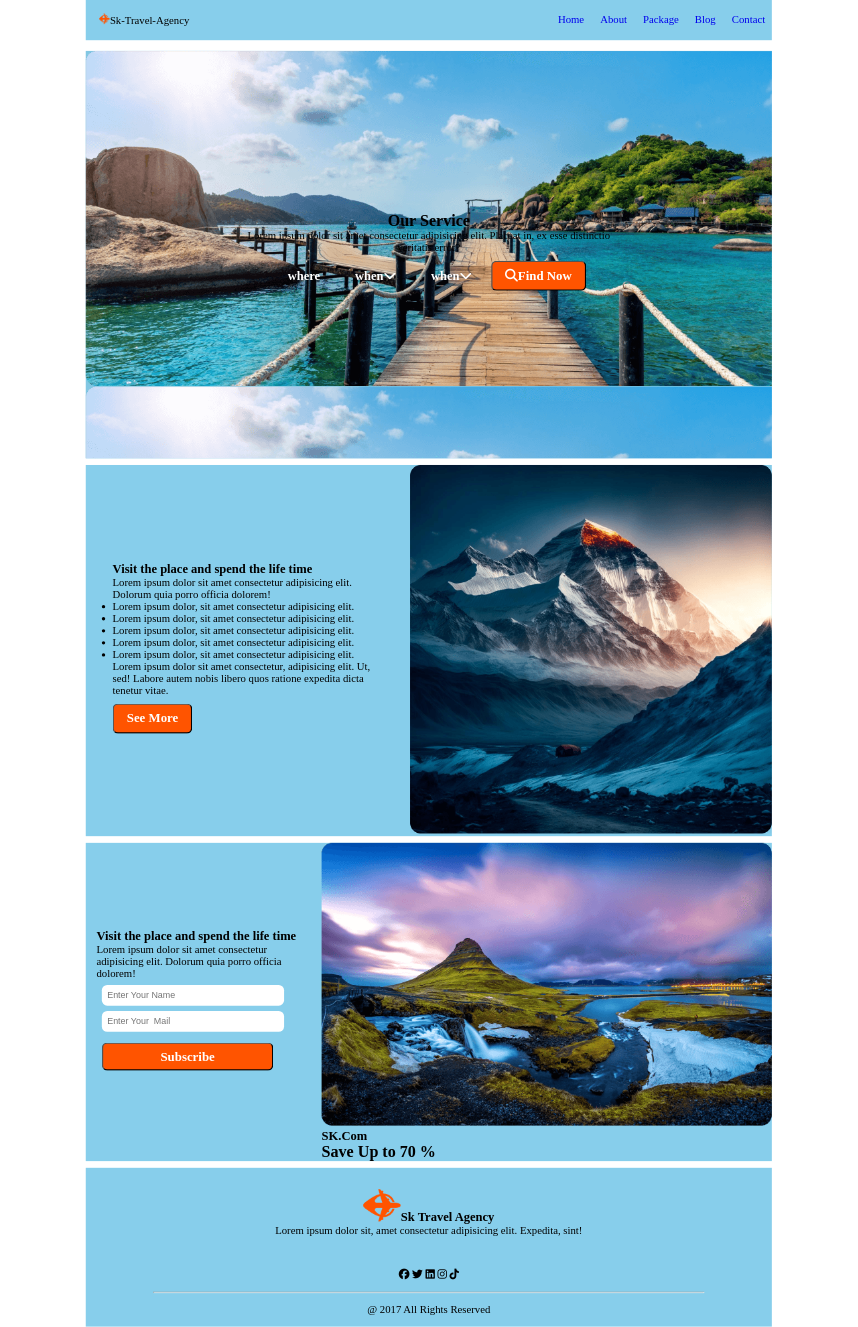
Repository: sumonkumarsarkar/Sk-Travel-Agency-
Page: index.html
The author's editor kept a copy of each file at every save. The page is drawn from the files as they stood at one save, then again after the next save.
The browser window is 1280 px wide. The pictures show the whole page, at 67% of full size.

Above is the page before, as saved 2024-01-17 06:39:22.

After the next save:
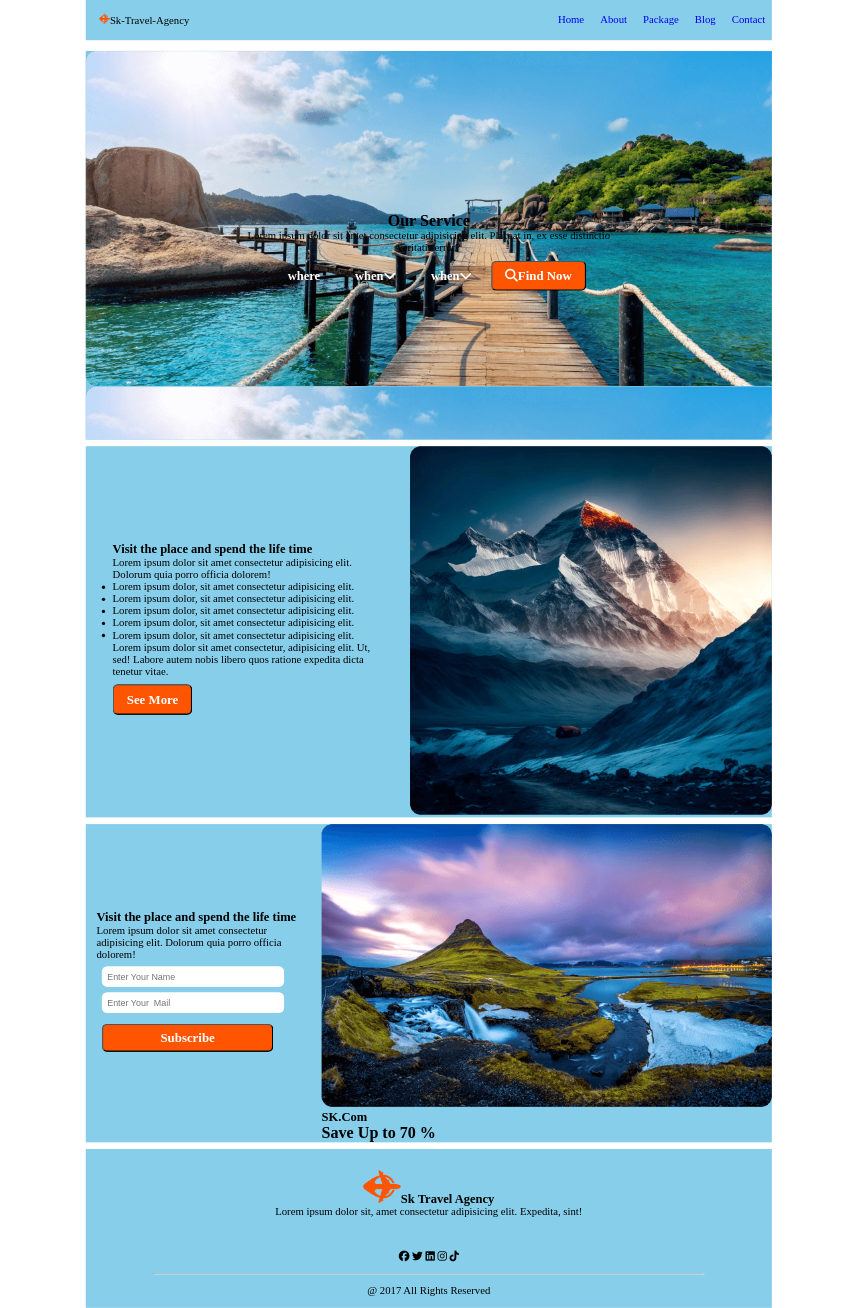
Saved 68 s later.
--- a/style.css
+++ b/style.css
@@ -100,6 +100,9 @@
 .banner-section{
     background-image: url("./Images/Group 13 (1) (1).png");
 }
+.banner-section{
+   height: 100px;
+}
 
 
 

After the save that followed:
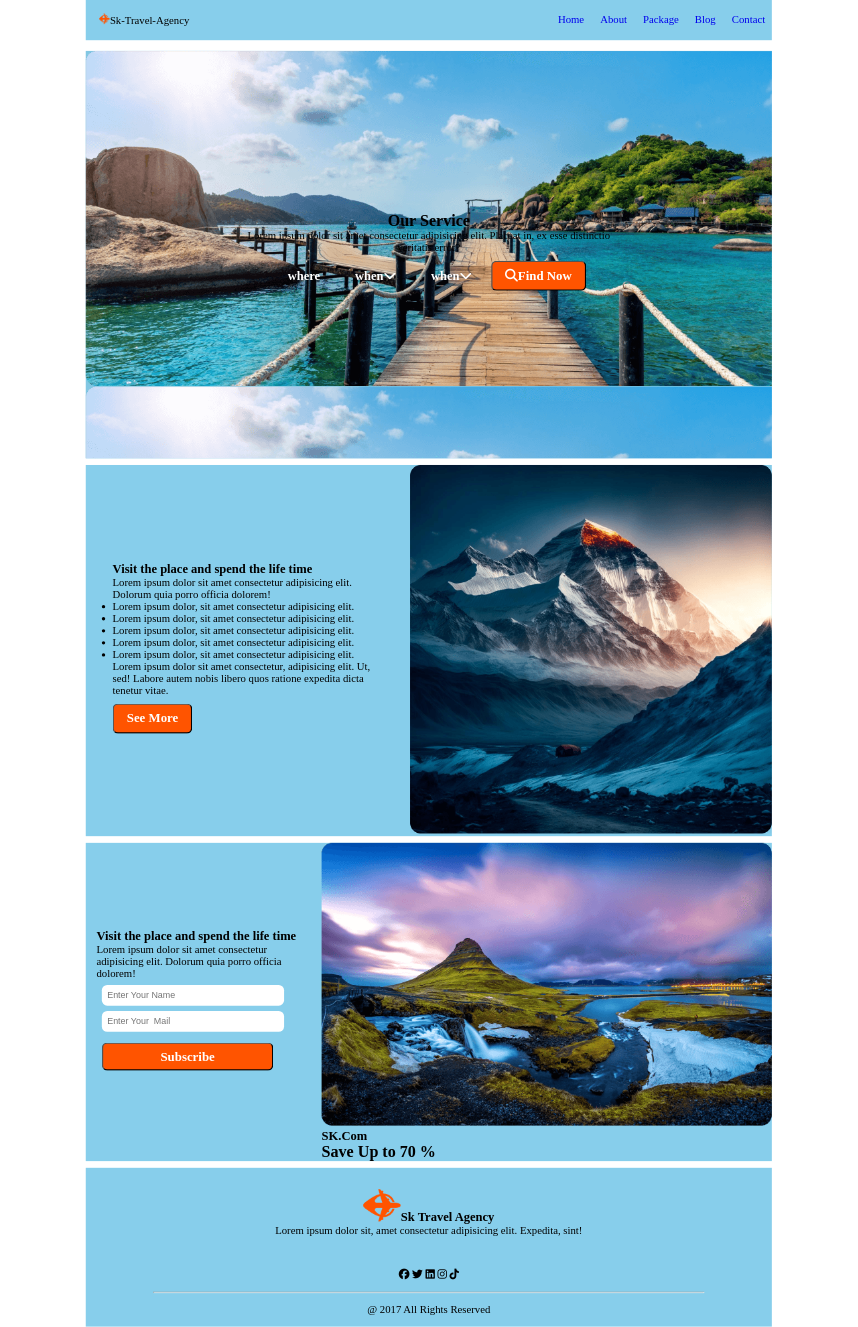
Saved 20 s later.
--- a/style.css
+++ b/style.css
@@ -100,9 +100,6 @@
 .banner-section{
     background-image: url("./Images/Group 13 (1) (1).png");
 }
-.banner-section{
-   height: 100px;
-}
 
 
 
